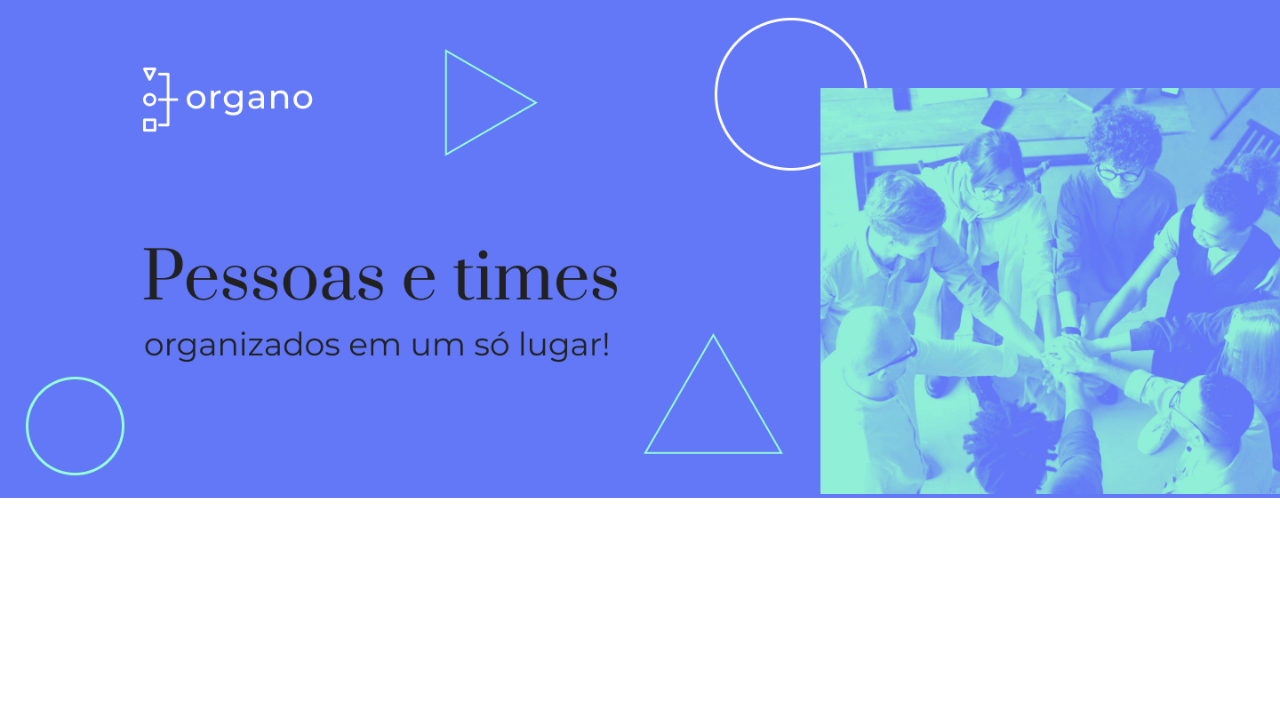
Repository: Joao-Carlos-Garcia-DEV/organo
Page: /
These files come from the project's save history. The page is drawn as it stood at one moment and after a run of saves; the edit follows.
The browser window is 1280 px wide. The pictures show the whole page.
The project was rebuilt for these pictures with package versions that can differ from the ones it lists, and the page was loaded fresh each time. Also part of the build but not shown: src/Componentes/Formulario/Formulario.css.

Above is the page before, as saved 2024-07-09 19:02:35.

After the next 5 saves:
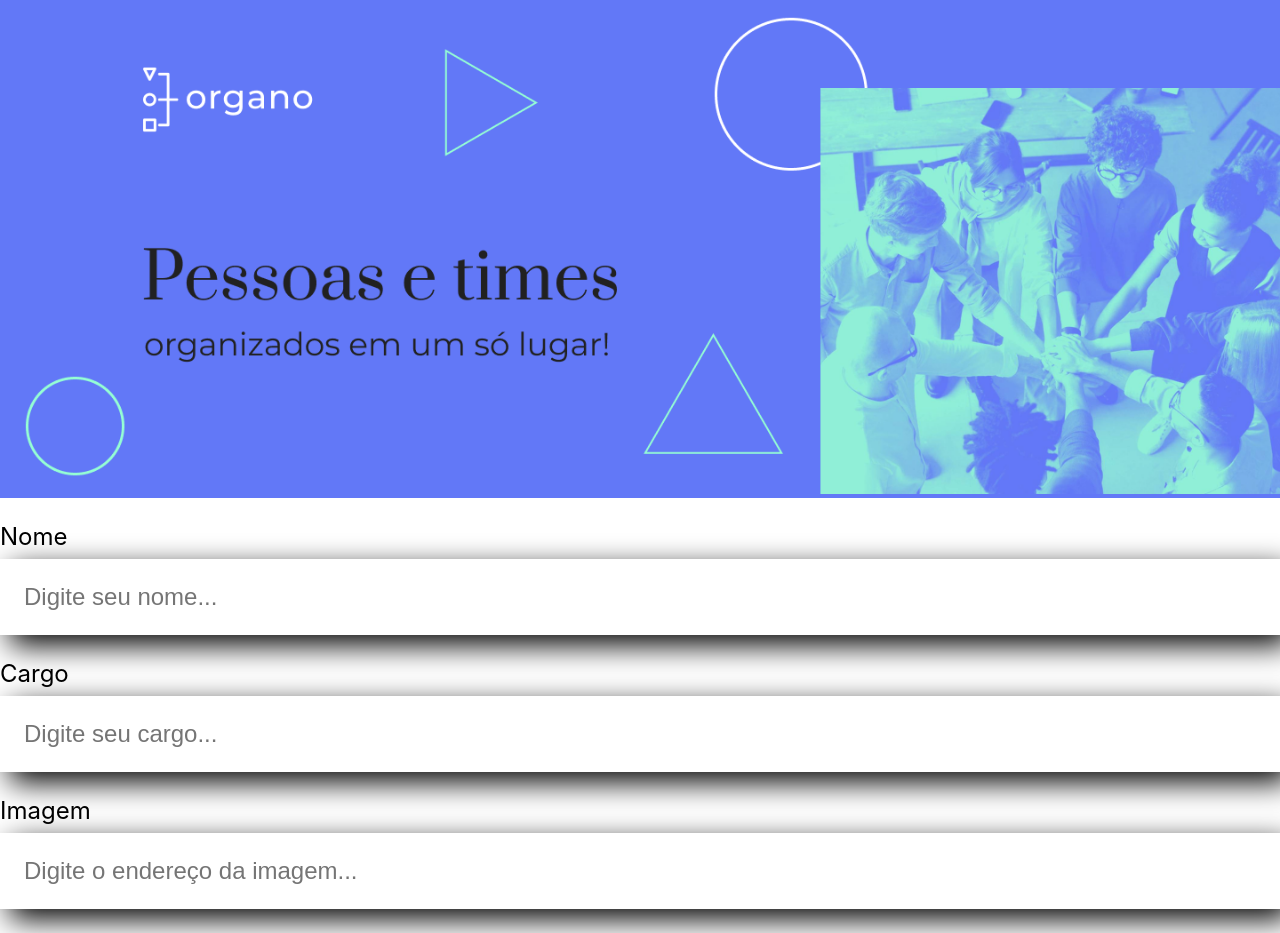
The 5 saves are shown as one change because 1 did not build or start and some came seconds apart.
The last was saved 15 s later.
--- a/src/App.js
+++ b/src/App.js
@@ -1,11 +1,12 @@
 import './App.css';
 import Banner from './Componentes/Banner/Banner';
+import Formulario from './Componentes/Formulario/Index';
 
 function App() {
   return (
     <div className="App">
       <Banner />
-
+      <Formulario/>
     </div>
   );
 }
